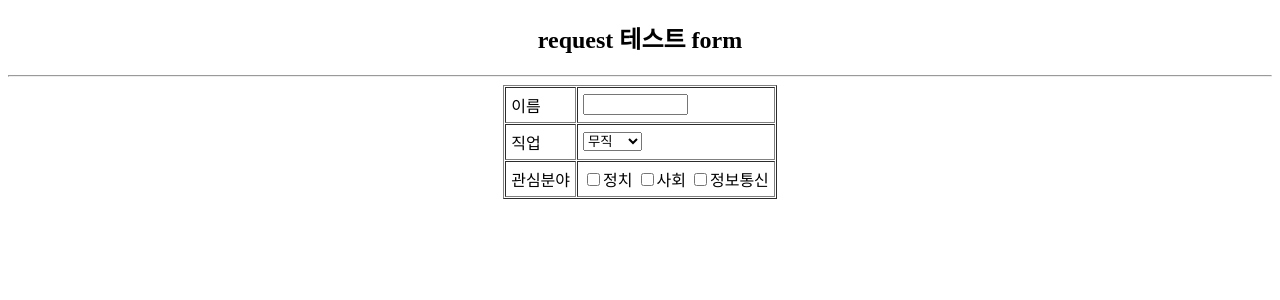
Repository: donggeonoh/My_Source
Page: JSP-Web Source/WebProgramming/WebContent/ch06/request_form.html
These files come from the project's save history. The page is drawn as it stood at one moment and after the next save; the edit follows.
The browser window is 1280 px wide. The pictures show the whole page.

Above is the page before, as saved 2016-10-13 10:03:05.

After the next save:
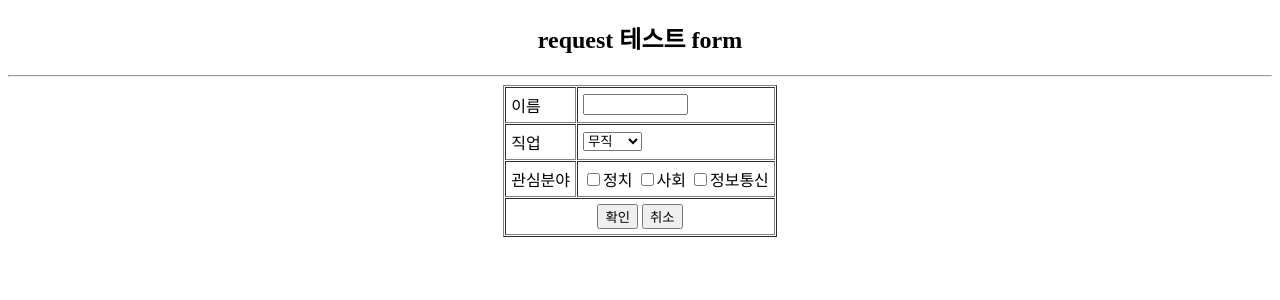
Saved 95 s later.
--- a/JSP-Web Source/WebProgramming/WebContent/ch06/request_form.html
+++ b/JSP-Web Source/WebProgramming/WebContent/ch06/request_form.html
@@ -29,10 +29,15 @@
 					<input type = checkbox name = favorite value = "정치">정치
 					<input type = checkbox name = favorite value = "사회">사회
 					<input type = checkbox name = favorite value = "정보통신">정보통신
-				</td>
+
+					<tr>
+						<td colspan = 2 align = "center">
+						<input type = submit value = "확인">
+						<input type = reset value = "취소">
+						</td>
+					</tr>
 			</table>
 		</form>
 	</div>
-
 </body>
 </html>
